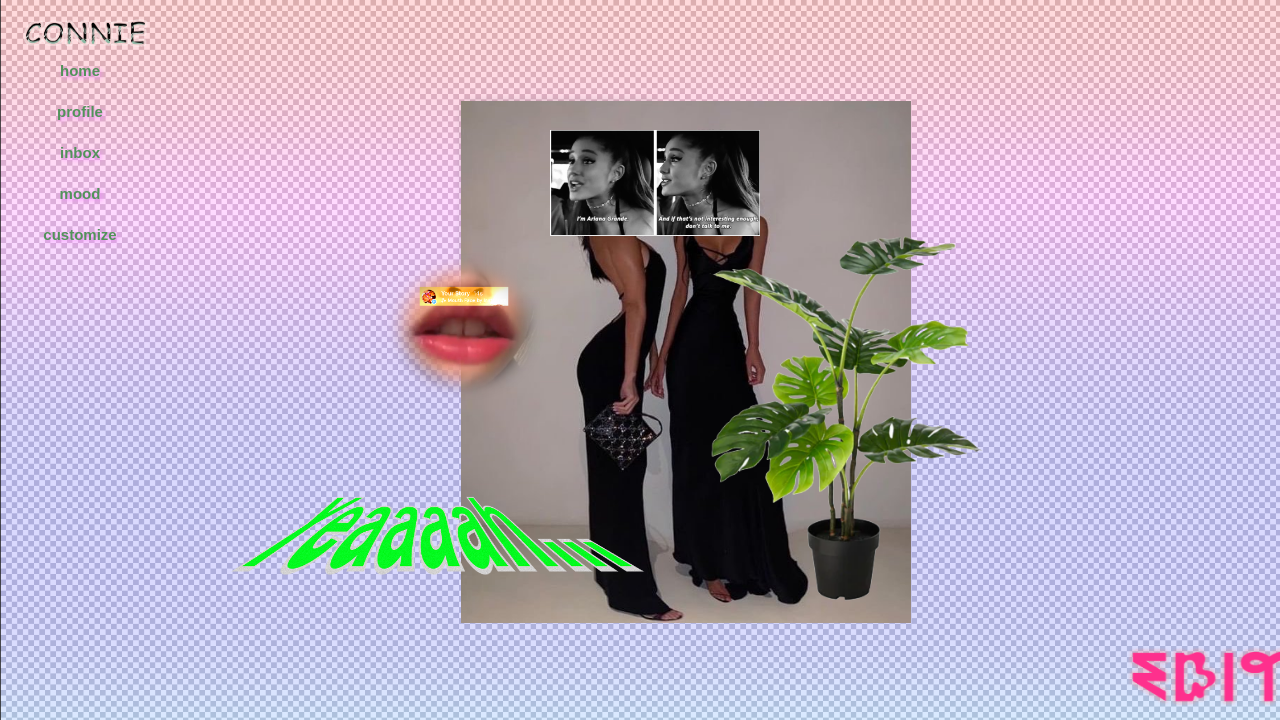
Repository: xuc009/xuc009.github.io
Page: track12/index.html
These files come from the project's save history. The page is drawn as it stood at one moment and after the next save; the edit follows.
The browser window is 1280 px wide. The pictures show the whole page.
Some web fonts or font styles are not loaded; a fallback is used. Some web libraries are served in a nearby version.

Above is the page before, as saved 2018-12-08 17:01:59.

### track12/index.html
<!DOCTYPE html>
<html lang="en">
  <head>
    <title>Track 12</title>
    <link rel="shortcut icon" href="" />
    <meta charset="utf-8">
    <meta name="description" content="" />
    <meta property="og:image" content=""/>
    <meta name="viewport" content="width=device-width, initial-scale=1" />
    <script src="https://ajax.googleapis.com/ajax/libs/jquery/3.3.1/jquery.min.js"></script>
    <script src="https://www.w3schools.com/lib/w3.js"></script>
    <link href="assets/css/styles.css" media="all" rel="stylesheet" />
    <meta charset="utf-8" />
    <title>jQuery UI Draggable - Default functionality</title>
    <link rel="stylesheet" href="http://code.jquery.com/ui/1.9.2/themes/base/jquery-ui.css" />
    <script src="http://code.jquery.com/jquery-1.8.3.js"></script>
    <script src="http://code.jquery.com/ui/1.9.2/jquery-ui.js"></script>
    <link href="https://fonts.googleapis.com/css?family=Michroma" rel="stylesheet">
    <style>
    .draggable { width: 0px; height: 0px; padding: 0; }
    </style>
    <script>
    $(function() {
        $( ".draggable" ).draggable();
    });
    </script>

  </head>

  <body>

      <div class="dropdown">
          <button class="dropbtn"><img src="assets/img/conniemenu.gif" width="140px"></button>
          <div class="dropdown-content">
            <a href="#">home</a>
            <a href="#">profile</a>
            <a href="#">inbox</a>
            <a href="#">mood</a>
            <a href="#">customize</a>
          </div>
        </div>

      <div class="edit">
        <a href="https://xuc009.github.io/track11/index.html">
        <img src="assets/img/edit.png" width="300px">
        </a>
      </div>

    <div id="draggable1" class="ui-widget-content draggable tooltip">
        <span class="tooltiptext">id.png</span>
       <img src="assets/img/k.jpg" width="450px">
      </div>

      <div id="draggable2" class="ui-widget-content draggable tooltip">
          <span class="tooltiptext">↗ Aaliyah by me 🔗📹🤗🦋✨ ⬈</span>
        <a href="https://xuc009.github.io/track2/index.html" target="_blank">
          <img src="assets/img/ari.jpg" width="210px">
        </a>
      </div>

      <div id="draggable3" class="ui-widget-content draggable tooltip">
          <span class="tooltiptext">https://goo.gl/MuuDqj</span>
          <a href="https://goo.gl/MuuDqj" target="_blank">
          <img src="assets/img/mouth.png" width="160px">
          </a>
        </div>

     <div id="draggable4" class="ui-widget-content draggable four tooltip">
        <span class="tooltiptext">https://ebay.us/9TBpsq</span>
        <a href="https://ebay.us/9TBpsq" target="_blank">
            <img src="assets/img/plant.png" width="370px">
        </a>
          </div>

      <div id="draggable5" class="ui-widget-content draggable five tooltip">
          <span class="tooltiptext">https://www.instagram.com/p/BoPapCyAAdp/</span>
          <a href="https://www.instagram.com/p/BoPapCyAAdp/" target="_blank">
          <img src="assets/img/lyric.png" width="415px">
          </a>
        </div>









      </div>
    </div>

  </body>
</html>

### track12/assets/css/styles.css
* { box-sizing: border-box; }

body{
	background-color: #ffffff;
	background-image: url('../img/background.png');
	background-size: 1500px;
	margin: 0 auto 0 auto;
	display: inline-block;
    font-size: 0px;
}

.tooltip {
    position: relative;
    display: inline-block;
    border-bottom: 1px dotted black;
}

.tooltip .tooltiptext {
    visibility: hidden;
    /* width: 120px; */
    background-color: #FF308D;
    color: #00E6FF;
    text-align: center;
    padding: 5px 10px;
    font-size:15px;
    font-family: Arial, Helvetica, sans-serif;
    font-weight: 400;

    /* Position the tooltip */
    position: fixed;
    z-index: 1;
    bottom: 0px;
    left:0 ;
}

.tooltip:hover .tooltiptext {
    visibility: visible;
}

a { cursor: move; }

.draggable{
    box-shadow: 5px 5px 10px #000000;
}

#draggable1{
    width: 190px;
    height: 187px;
    background: #fff;
    border: none;
    box-shadow: 5px 5px 10px #807d7d;
    cursor: move;
    position: absolute;
    top: 14%;
    left: 36%;
}


#draggable2 {
    /* width: 168px;
    height: 438.38px; */
    border: none;
    box-shadow: 5px 5px 10px #807d7d;
    position: absolute;
    top: 18%;
    left: 43%;
    cursor: move;
}


#draggable3 {
    width: 365px;
    border: none;
    position: absolute;
    top: 35%;
    left: 30%;
    cursor: move;
}


#draggable4{
    position: absolute;
    top: 30%;
    left: 51%;
    cursor: move;
    border: none;
    box-shadow: 5px 5px 10px #807d7d;

}

#draggable5{
    position: absolute;
    top: 65%;
    left: 18%;
    cursor: move;
    border: none;
}

.edit{
    position: fixed;
    bottom:0;
    left: 83%;
    cursor: pointer;
    transition: all 300ms;
}

.edit:hover{
    transform: translateX(3px) translateY(-3px);
    /* transform: scale(1.05); */
}

.dropbtn {
    background-color: Transparent;
    width: 140px;
    height: 26px;
    padding: 16px;
    font-size: 16px;
    border: none;
    outline: none;
}

.dropdown {
    position: relative;
    width: 140px;
    display: inline-block;
}

.dropdown-content {
    display: none;
    position: absolute;
    background-color: transparent;
    min-width: 160px;
    text-shadow: 2px 2px 5px #F48BFF;
    z-index: 1;
    font-size: 15px;
    text-align: center;
    font-family: Arial, Helvetica, sans-serif;
    font-weight: 600;
}

.dropdown-content a {
    color: #52935A;
    padding: 12px 16px;
    text-decoration: none;
    display: block;
}

.dropdown-content a:hover {text-shadow: 2px 2px 5px #54FAFF;}

.dropdown:hover .dropdown-content {display: block;}

.dropdown:hover .dropbtn {background-color: none;}

After the next save:
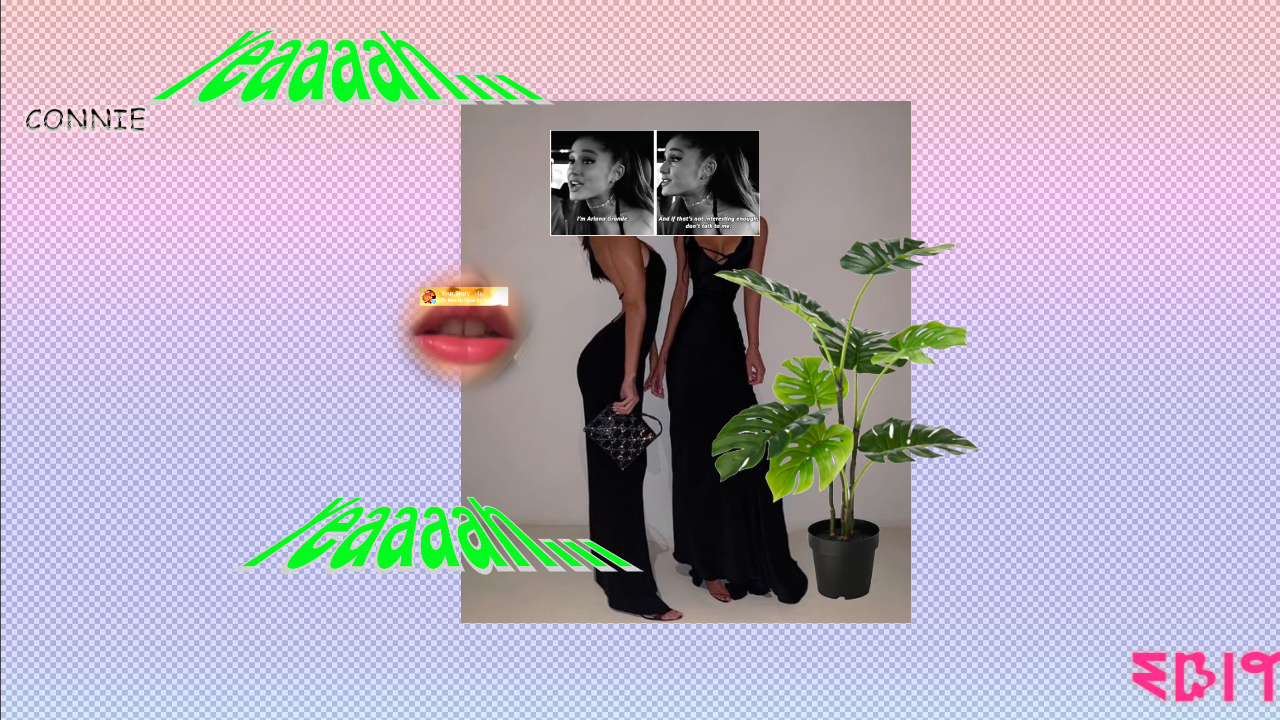
Saved 19 s later.
--- a/track12/index.html
+++ b/track12/index.html
@@ -79,6 +79,12 @@
           </a>
         </div>
 
+        <div id="draggable6" class="ui-widget-content draggable five tooltip">
+          <span class="tooltiptext">https://www.instagram.com/p/BoPapCyAAdp/</span>
+          <a href="https://www.instagram.com/p/BoPapCyAAdp/" target="_blank">
+          <img src="assets/img/lyric.png" width="415px">
+          </a>
+        </div>
 
 
 
